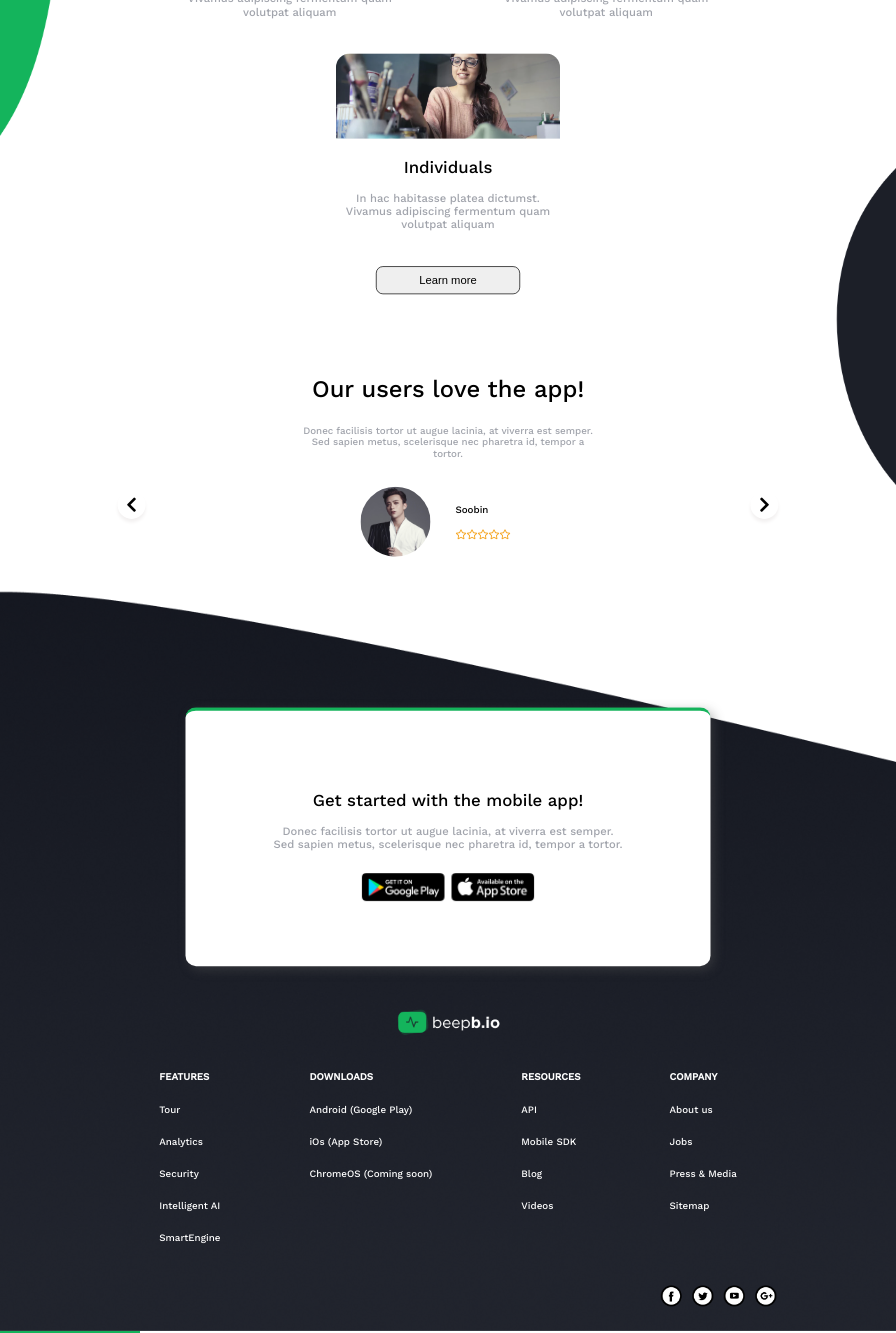
Repository: thinhnguyen347/thinhnguyen347.github.io
Page: cut-html-css/index.html
These files come from the project's save history. The page is drawn as it stood at one moment and after the next save; the edit follows.
The browser window is 1280 px wide. The pictures show the part of the page from y = 2906 to 4826 px (the page is 4810 px tall before and 4826 px after), at 70% of full size.

Above is the page before, as saved 2021-11-14 09:24:47.

### cut-html-css/index.html
<!-- Source: https://www.sketchappsources.com/free-source/3445-mobile-app-landing-page-sketch-freebie-resource.html -->

<!DOCTYPE html>
<html lang="en">

<head>
    <meta charset="UTF-8">
    <meta http-equiv="X-UA-Compatible" content="IE=edge">
    <meta name="viewport" content="width=device-width, initial-scale=1.0">
    <title>Mobile App</title>
    <link rel="shortcut icon" href="https://i.ibb.co/ypjQ3yW/M.png" type="image/x-icon">
    <link rel="stylesheet" href="./css/style.css">
    <link rel="stylesheet" href="./css/style2.css">
    <link rel="stylesheet" type="text/css" href="slick/slick.css" />
    <link rel="stylesheet" href="https://cdnjs.cloudflare.com/ajax/libs/font-awesome/5.15.3/css/all.min.css"
        integrity="sha512-iBBXm8fW90+nuLcSKlbmrPcLa0OT92xO1BIsZ+ywDWZCvqsWgccV3gFoRBv0z+8dLJgyAHIhR35VZc2oM/gI1w=="
        crossorigin="anonymous" />
    <script src="https://ajax.googleapis.com/ajax/libs/jquery/3.6.0/jquery.min.js"></script>

</head>

<body>
    <div class="container1">
        <div class="hero-section">
            <div class="menu-panel-desktop ">
                <div class="logo"><a href="#" target="_self"><img src="img/logo.png" alt="beepb.io" height="40px"></a>
                </div>

                <div class="menu">
                    <ul>
                        <li><a href="#">Features</a></li>
                        <li><a href="#">Benefits</a></li>
                        <li><a href="#">Plans</a></li>
                        <li class="menu-item"><a href="#">Downloads&nbsp;<i class="fas fa-angle-down"></i></a>
                            <ul class="drop-down">
                                <li><a href="#">Android version</a></li>
                                <li><a href="#">iOS version</a></li>
                                <li><a href="#">ChromeOS version</a></li>
                            </ul>
                        </li>
                        <li><a href="#">Support</a></li>
                        <li><button class="get-started fontwhite">Get Started</button></li>
                    </ul>

                </div>
            </div>
            <!-- Mobile menu -->
            <div class="menu-panel-mobile">

                <div class="logo-mobile">
                    <img class="menu-icon" src="https://i.ibb.co/6vzRnYW/menubtn-white.png" alt="menu" width="40px">

                    <a href="#" target="_self"><img src="img/logo.png" alt="beepb.io" height="40px"></a>
                </div>

                <div class="dropdown-mobile-container hide">

                    <div class="dropdown-mobile">
                        <div class="close-btn">
                            <i class="fas fa-times fontwhite"></i>
                        </div>
                        <ul>
                            <li><a href="#">Features</a></li>
                            <li><a href="#">Benefits</a></li>
                            <li><a href="#">Finance</a></li>
                            <li><a href="#">Downloads</a></li>
                            <li><a href="#">Sign In</a></li>
                            <li><button class="get-started-mobile fontwhite">Sign Up</button></li>
                        </ul>
                    </div>
                </div>
            </div>

            <!-- iPhone -->
            <div class="hero-content">
                <div class="hero-content__img">
                    <img class="iphone-x1" src="img/iphone_x.png" alt="mobile-app">
                </div>

                <div class="hero-content__text fontwhite">
                    <h1>Warehouse management</h1>
                    <h1>Made simple.</h1>
                    <p>BeepB lets you take control of your complete ecommerce warehouse and understand how you’re
                        business is holding up.</p>
                    <div class="hero-content__btn">
                        <button class="download fontwhite"><a href="#">Download the app</button></a>
                        <div class="play-icon">
                            <div class="play-icon-container"><i class="fas fa-caret-right"></i></div>
                            <div class="play-icon-text"><a href="#">Watch How it Works</a></div>
                        </div>
                    </div>
                </div>
            </div>

        </div>

        <div class="feature">

            <p>Everything you’ll ever need.</p>
            <div class="f-list">
                <div class="f-items">
                    <div class="f-icon"><img src="./img/shield.png" alt="super-secure"></div>
                    <div>
                        <p class="title">Super Secured</p><br>
                        <p class="f-detail">Donec facilisis tortor ut augue lacinia, at viverra est semper. Sed
                            sapien metus, scelerisque nec pharetra id, tempor a tortor.</p>
                    </div>
                </div>
                <div class="f-items">
                    <div class="f-icon"><img src="./img/bar-chart.png" alt="super-secure"></div>
                    <div>
                        <p class="title">Detailed Analytics</p><br>
                        <p class="f-detail">Donec facilisis tortor ut augue lacinia, at viverra est semper. Sed
                            sapien metus, scelerisque nec pharetra id, tempor a tortor.</p>
                    </div>
                </div>
                <div class="f-items">
                    <div class="f-icon"><img src="./img/box.png" alt="super-secure"></div>
                    <div>
                        <p class="title">For any business</p><br>
                        <p class="f-detail">Donec facilisis tortor ut augue lacinia, at viverra est semper. Sed
                            sapien metus, scelerisque nec pharetra id, tempor a tortor.</p>
                    </div>
                </div>
            </div>
        </div>

    </div>
    <div class="container2">

        <img class="oval-black" src="./img/oval-bl.png" alt="decoration">
        <div class="section2">
            <div class="section2__content">
                <div class="left-panel">
                    <div class="functions-app">
                        <div class="icon"><i class="fas fa-shopping-cart"></i></div>
                        <p class="title">Detailed Order Information</p>
                        <p class="description">Donec facilisis tortor ut augue lacinia, at viverra est semper.</p>
                    </div>
                    <div class="functions-app">
                        <div class="icon"><i class="fas fa-user"></i></div>
                        <p class="title">Detailed Order Information</p>
                        <p class="description">Donec facilisis tortor ut augue lacinia, at viverra est semper.</p>
                    </div>
                </div>
                <div class="middle">
                    <img class="iphone-x2" src="img/iphone_x2.png" alt="mobile-app">
                </div>
                <div class="right-panel">
                    <div class="functions-app">
                        <div class="icon"><i class="fas fa-chart-pie"></i></div>
                        <p class="title">Detailed Order Information</p>
                        <p class="description">Donec facilisis tortor ut augue lacinia, at viverra est semper.</p>
                    </div>
                    <div class="functions-app">
                        <div class="icon"><i class="fas fa-brain"></i></div>
                        <p class="title">Detailed Order Information</p>
                        <p class="description">Donec facilisis tortor ut augue lacinia, at viverra est semper.</p>
                    </div>
                </div>
            </div>
            <button class="download2 download fontwhite"><a href="#">Download App</a></button>
        </div>

        <div class="feature2">
            <img class="oval-green" src="./img/oval_gr.png" alt="decoration">
            <p class="business">For every kind of Business &excl;</p>
            <p class="sub-title">Donec facilisis tortor ut augue lacinia, at viverra est semper.</p>
            <div class="f-list">
                <div class="f-items">
                    <div class="img"><img src="./img/startup.png" alt="super-secure" width="320px"> </div>
                    <div>
                        <p class="title pdtop">Startups</p><br>
                        <p class="f-detail">In hac habitasse platea dictumst. Vivamus adipiscing fermentum quam volutpat
                            aliquam</p>
                    </div>
                </div>
                <div class="f-items">
                    <div class="img"><img src="./img/retailer.png" alt="super-secure" width="320px"></div>
                    <div>
                        <p class="title pdtop">Retailers</p><br>
                        <p class="f-detail">In hac habitasse platea dictumst. Vivamus adipiscing fermentum quam volutpat
                            aliquam</p>
                    </div>
                </div>
                <div class="f-items">
                    <div class="img"><img src="./img/indiv.png" alt="super-secure" width="320px"></div>
                    <div>
                        <p class="title pdtop">Individuals</p><br>
                        <p class="f-detail">In hac habitasse platea dictumst. Vivamus adipiscing fermentum quam volutpat
                            aliquam</p>
                    </div>
                </div>
            </div>
            <a href=""><button class="learn-more-btn">Learn more</button></a>
        </div>

        <div class="section3">
            <p class="business">Our users love the app!</p><br><br>
            <!-- Carousel  -->
            <div class="carousel-area">
                <div class="carousel">
                    <div>
                        <div class="review">
                            <p>Donec facilisis tortor ut augue lacinia, at viverra est semper. Sed sapien metus,
                                scelerisque
                                nec pharetra id, tempor a tortor.</p>
                        </div>
                        <div class="rate">
                            <div class="guest"><img src="./img/guest1.jpg" alt="review" width="100px"></div>
                            <div class="personal-rating">
                                <div class="guest-name">
                                    <p>Son Tung</p>
                                </div>
                                <div class="rating">
                                    <i class="far fa-star star-color"></i>
                                    <i class="far fa-star star-color"></i>
                                    <i class="far fa-star star-color"></i>
                                    <i class="far fa-star star-color"></i>
                                    <i class="far fa-star star-color"></i>
                                </div>
                            </div>
                        </div>
                    </div>
                    <div>
                        <div class="review">
                            <p>Donec facilisis tortor ut augue lacinia, at viverra est semper. Sed sapien metus,
                                scelerisque
                                nec pharetra id, tempor a tortor.</p>
                        </div>
                        <div class="rate">
                            <div class="guest"><img src="./img/guest2.jpg" alt="review" width="100px"></div>
                            <div class="personal-rating">
                                <div class="guest-name">
                                    <p>Min</p>
                                </div>
                                <div class="rating">
                                    <i class="far fa-star star-color"></i>
                                    <i class="far fa-star star-color"></i>
                                    <i class="far fa-star star-color"></i>
                                    <i class="far fa-star star-color"></i>
                                    <i class="fas fa-star star-gray"></i>
                                </div>
                            </div>
                        </div>
                    </div>
                    <div>
                        <div class="review">
                            <p>Donec facilisis tortor ut augue lacinia, at viverra est semper. Sed sapien metus,
                                scelerisque
                                nec pharetra id, tempor a tortor.</p>
                        </div>
                        <div class="rate">
                            <div class="guest"><img src="./img/guest3.jpg" alt="review" width="100px"></div>
                            <div class="personal-rating">
                                <div class="guest-name">
                                    <p>Soobin</p>
                                </div>
                                <div class="rating"><i class="far fa-star star-color"></i><i
                                        class="far fa-star star-color"></i><i class="far fa-star star-color"></i><i
                                        class="far fa-star star-color"></i><i class="far fa-star star-color"></i>
                                </div>
                            </div>
                        </div>
                    </div>
                </div>


            </div>
            <!-- End of Carousel  -->
        </div>

        <div class="bg-bottom">

            <div class="dld">
                <div>
                    <p class="title pdtop">Get started with the mobile app!</p><br>
                    <p class="f-detail">Donec facilisis tortor ut augue lacinia, at viverra est semper. Sed sapien
                        metus, scelerisque nec pharetra id, tempor a tortor.</p>
                </div>
                <br><br>
                <img src="./img/gglplay.png" alt="google-play" height="40px">&nbsp;
                <img src="./img/appstore.png" alt="appstore" height="40px">
            </div>


            <div class="container3">

                <div class="logo-footer"><a href="#" target="_self"><img src="img/logo.png" alt="beepb.io"
                            height="40px"></a>
                </div>

                <div class="bottom-panel">
                    <div class="block-end">
                        <div class="bottom-title">FEATURES</div>
                        <div class="item-end"><a href="#">Tour</a></div>
                        <div class="item-end"><a href="#">Analytics</a></div>
                        <div class="item-end"><a href="#">Security</a></div>
                        <div class="item-end"><a href="#">Intelligent AI</a></div>
                        <div class="item-end"><a href="#">SmartEngine</a></div>
                    </div>
                    <div class="block-end">
                        <div class="bottom-title">DOWNLOADS</div>
                        <div class="item-end"><a href="#">Android (Google Play)</a></div>
                        <div class="item-end"><a href="#">iOs (App Store)</a></div>
                        <div class="item-end"><a href="#">ChromeOS (Coming soon)</a></div>
                    </div>
                    <div class="block-end">
                        <div class="bottom-title">RESOURCES</div>
                        <div class="item-end"><a href="#">API</a></div>
                        <div class="item-end"><a href="#">Mobile SDK</a></div>
                        <div class="item-end"><a href="#">Blog</a></div>
                        <div class="item-end"><a href="#">Videos</a></div>
                    </div>
                    <div class="block-end">
                        <div class="bottom-title">COMPANY</div>
                        <div class="item-end"><a href="#">About us</a></div>
                        <div class="item-end"><a href="#">Jobs</a></div>
                        <div class="item-end"><a href="#">Press & Media</a></div>
                        <div class="item-end"><a href="#">Sitemap</a></div>
                    </div>
                </div>

                <div class="social-media">
                    <div class="media-icon"><a href="http://www.facebook.com"><img src="./img/facebook.png"
                                alt="facebook" width="30px"></a></div>
                    <div class="media-icon "><a href="http://www.twitter.com"><img src="./img/twitter.png" alt="twitter"
                                width="30px"></a></div>
                    <div class="media-icon "><a href="http://www.youtube.com"><img src="./img/youtube.png" alt="youtube"
                                width="30px"></a></div>
                    <div class="media-icon"><a href="http://www.google.com"><img src="./img/googleplus.png"
                                alt="google-plus" width="30px"></a></div>
                </div>
            </div>
        </div>
    </div>
    <div class="toast">
        <div class="toast-header"></div>
        <div class="toast-content"></div>
        <div class="toast-line"></div>
    </div>
    <!-- SCRIPT -->

    <script src="https://code.jquery.com/jquery-3.6.0.slim.js"
        integrity="sha256-HwWONEZrpuoh951cQD1ov2HUK5zA5DwJ1DNUXaM6FsY=" crossorigin="anonymous"></script>
    <script type="text/javascript" src="slick/slick.min.js"></script>
    <script src="./main.js"></script>

</body>

</html>

### cut-html-css/css/style2.css
@media (max-width: 480px) {
  .menu-icon {
    width: 25px;
    height: 25px;
    transform: translateY(25%);
    -webkit-transform: translateY(25%);
    -moz-transform: translateY(25%);
    -ms-transform: translateY(25%);
    -o-transform: translateY(25%);
  }

  .logo-mobile > a > img {
    width: 140px;
  }

  .hero-content__img > img {
    max-width: 300px;
  }

  .hero-content__text {
    width: auto;
    padding: 0;
    flex-direction: column;
  }

  .hero-content__btn {
    flex-direction: column;
  }

  .feature p {
    color: black !important;
  }

  .business {
    margin: auto 10px;
  }

  .prevArrow,
  .nextArrow {
    display: none;
  }

  .f-list {
    margin: auto 15px;
  }

  .play-icon {
    padding-top: 0;
    padding-bottom: 0;
  }

  .iphone-x3 {
    width: 300px;
  }

  .description {
    padding-top: 20px;
  }

  .title {
    text-align: center;
  }
}

@media (max-width: 768px) {
  .prevArrow,
  .nextArrow {
    display: none;
  }

  .hero-content {
    margin: 60px 15px 0 15px;
    flex-direction: column-reverse;
    gap: 60px;
  }

  .hero-content__text > h1 {
    text-align: center;
  }

  .iphone,
  .menu-panel-desktop {
    display: none;
  }

  .feature p {
    color: black !important;
  }

  .menu-panel-mobile {
    display: block;
  }

  .play-icon {
    justify-content: center;
    padding-top: 0;
    padding-bottom: 0;
    width: 100%;
  }

  .feature > p {
    font-size: 34px;
    padding-top: 60px;
    padding-bottom: 60px;
  }

  .feature {
    width: auto;
  }

  .iphone-x2{
    max-width: 300px;
  }

  .f-list {
    display: flex;
    justify-content: space-around;
    margin: auto 15px;
  }

  .container3 {
    background-color: #1e202a;
    border-radius: 10px;
  }

  .section2,
  .section3 {
    background-image: none;
  }

  .oval-green,
  .oval-black {
    display: none;
  }

  .download2 {
    margin: 40px auto;
  }

  .feature2 {
    width: auto;
  }
  .carousel {
    width: 95%;
  }

  .business {
    padding-top: 20px !important;
  }

  .review {
    width: 95%;
  }

  .dld {
    width: 100%;
    margin: 40px auto 40px auto;
  }

  .bottom-panel {
    width: 100%;
    justify-content: space-around;
  }

  .block-end {
    width: 40%;
    text-align: center;
    padding-bottom: 50px;
  }

  .social-media {
    width: 100%;
    display: flex;
    flex-direction: row;
    justify-content: center;
    margin: auto;
    padding: 0 0 20px 0;
  }

  .section2__content {
    padding-top: 100px;
    flex-direction: column;
    margin: auto;
  }
}

@media (max-width: 1200px) {
  .menu-panel-desktop {
    padding: 60px 50px 90px 50px;
  }

  .hero-content {
    gap: 30px;
  }

  .hero-section {
    height: auto;
  }
}

@media (max-width: 1400px) {
  .section2,
  .feature2,
  .bg-bottom {
    padding: 15px;
  }

  .section3 {
    background-image: none;
  }

  .menu-panel-desktop {
    padding: 60px 50px 90px 50px;
  }

  .menu {
    width: 100%;
  }

  .get-started {
    width: 100px;
  }

  .page1 {
    width: 100%;
    display: flex;
    justify-content: space-around;
  }

  .feature {
    width: 100%;
  }

  .icon {
    margin: auto;
  }

  .business {
    padding-top: 50px !important;
  }

  .download2 {
    margin: 20px auto !important;
  }
}

Loaded but not shown: cut-html-css/slick/slick.css (common file); cut-html-css/slick/slick.min.js (library); cut-html-css/main.js (50 lines, source omitted); cut-html-css/css/style.css (673 lines, source omitted)

After the next save:
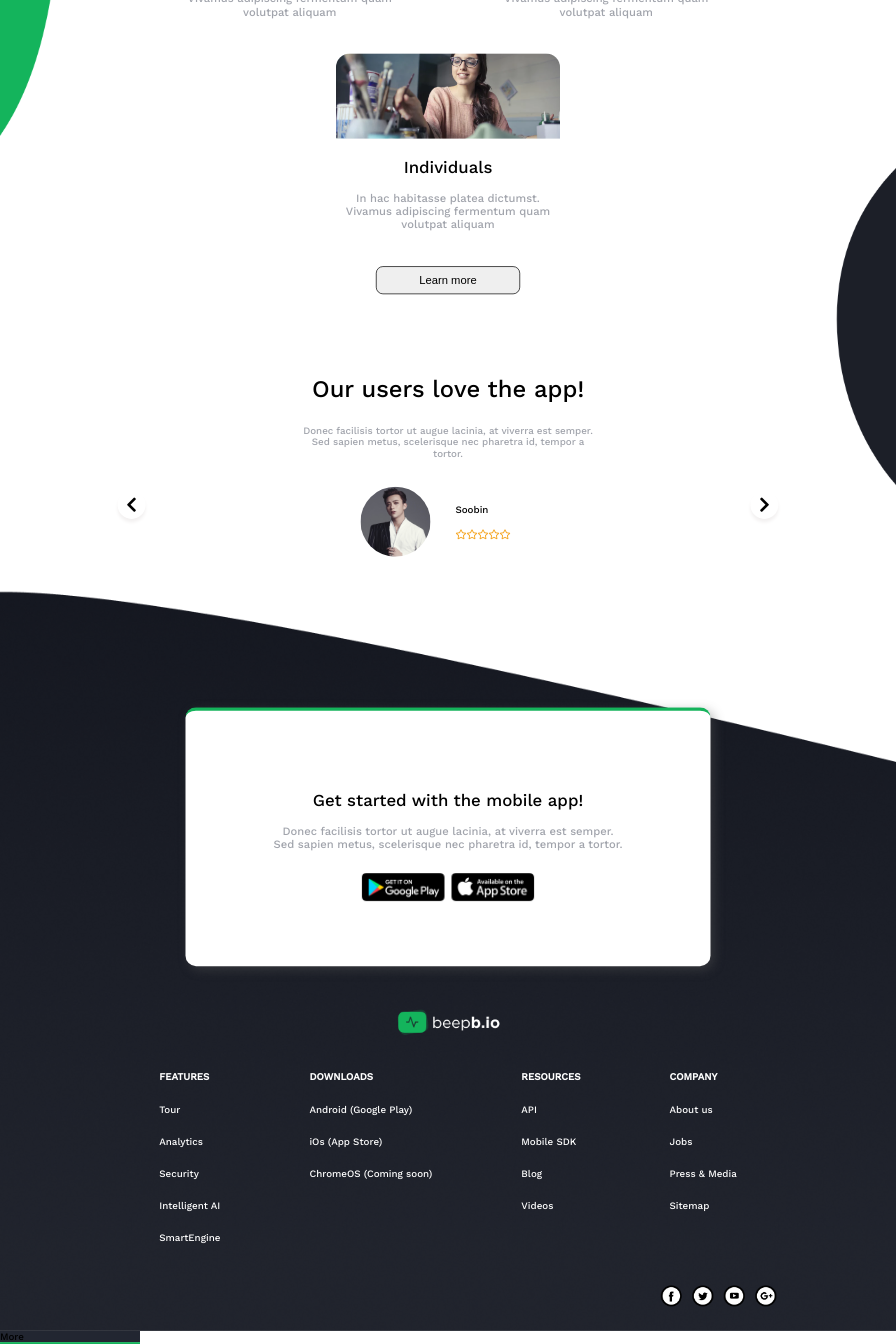
Saved 10 s later.
--- a/cut-html-css/index.html
+++ b/cut-html-css/index.html
@@ -335,7 +335,7 @@
         </div>
     </div>
     <div class="toast">
-        <div class="toast-header"></div>
+        <div class="toast-header">More</div>
         <div class="toast-content"></div>
         <div class="toast-line"></div>
     </div>
